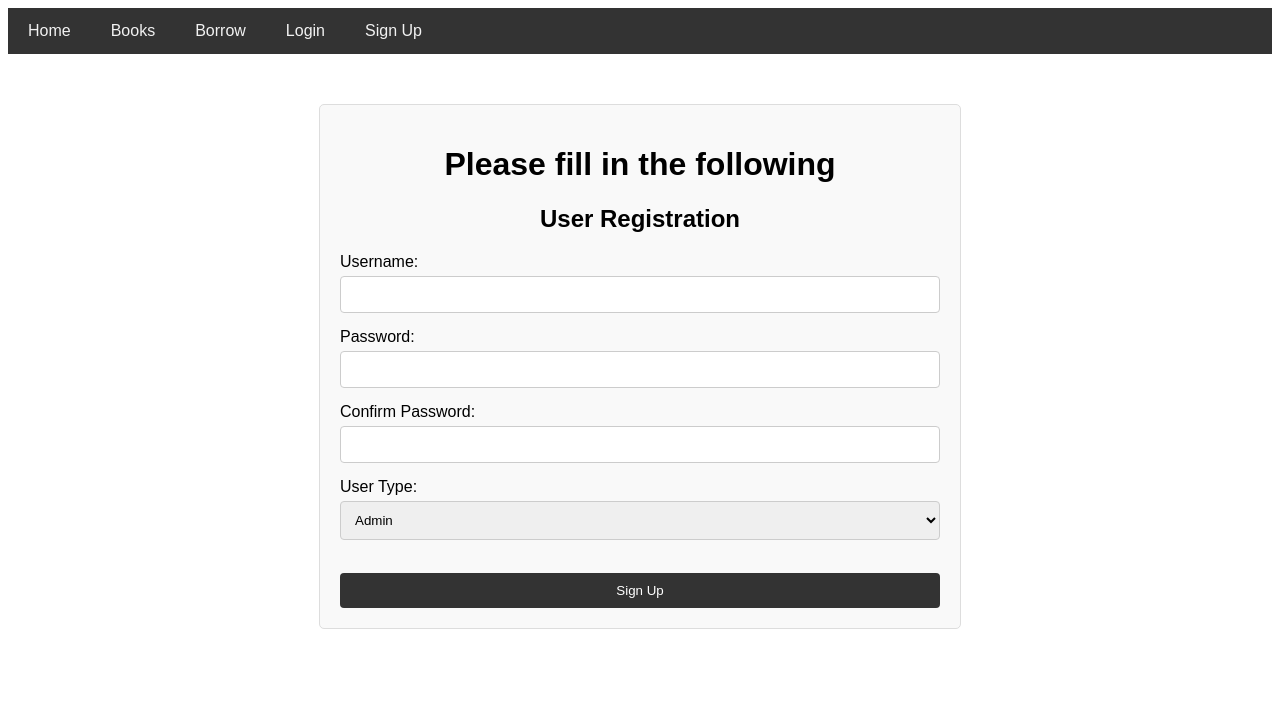
Repository: fadyesk12/Web-Technology-Course-Project
Page: auth/signup.html
The author's editor kept a copy of each file at every save. The page is drawn from the files as they stood at one save, then again after a run of saves.
The browser window is 1280 px wide. The pictures show the whole page.

Above is the page before, as saved 2024-04-19 02:22:40.

### auth/signup.html
<!DOCTYPE html>
<html>
<head>
  <title>User Registration</title>
  <link rel="stylesheet" href="../Styling/signup.css">
</head>
<body>


  <div id="navbar">
    <a href="../index.html">Home</a>
    <a href="../book_list.html">Books</a>
    <a href="../borrow.html">Borrow</a>
    <a href="../auth/login.html">Login</a>
    <a href="../auth/signup.html">Sign Up</a>
  </div>

  <div class="container">
    <h1>Please fill in the following</h1>
    <h2>User Registration</h2>

    <form>
      <div class="form-group">
        <label for="username">Username:</label>
        <input type="text" id="username" name="username" required>
      </div>
      <div class="form-group">
        <label for="password">Password:</label>
        <input type="password" id="password" name="password" required>
      </div>
      <div class="form-group">
        <label for="confirmPassword">Confirm Password:</label>
        <input type="password" id="confirmPassword" name="confirmPassword" required>
      </div>



        <label for="usertype">User Type:</label>
        <select id="usertype" name="usertype" required>
            <option value="admin">Admin</option>
            <option value="user">User</option>
        </select><br><br>

        <input type="submit" value="Sign Up">
    </form>
  </div>
</body>
</html>

### Styling/signup.css
#navbar {
    overflow: hidden;
    background-color: #333;
  }

  #navbar a {
    float: left;
    display: block;
    color: #f2f2f2;
    text-align: center;
    padding: 14px 20px;
    text-decoration: none;
  }

  #navbar a:hover {
    background-color: #ddd;
    color: black;
  }

  body {
    font-family: Arial, sans-serif;
  }

  .container {
    max-width: 600px;
    margin: 50px auto;
    padding: 20px;
    border: 1px solid #ddd;
    border-radius: 5px;
    background-color: #f9f9f9;
  }

  h1, h2 {
    text-align: center;
  }

  form {
    margin-top: 20px;
  }

  label {
    display: block;
    margin-bottom: 5px;
  }

  input[type="text"],
  input[type="password"],
  input[type="email"],
  select {
    width: 100%;
    padding: 10px;
    margin-bottom: 15px;
    border: 1px solid #ccc;
    border-radius: 4px;
    box-sizing: border-box;
  }

  input[type="submit"] {
    width: 100%;
    background-color: #333;
    color: #fff;
    padding: 10px;
    border: none;
    border-radius: 4px;
    cursor: pointer;
  }

  input[type="submit"]:hover {
    background-color: #555;
  }

After the next 2 saves:
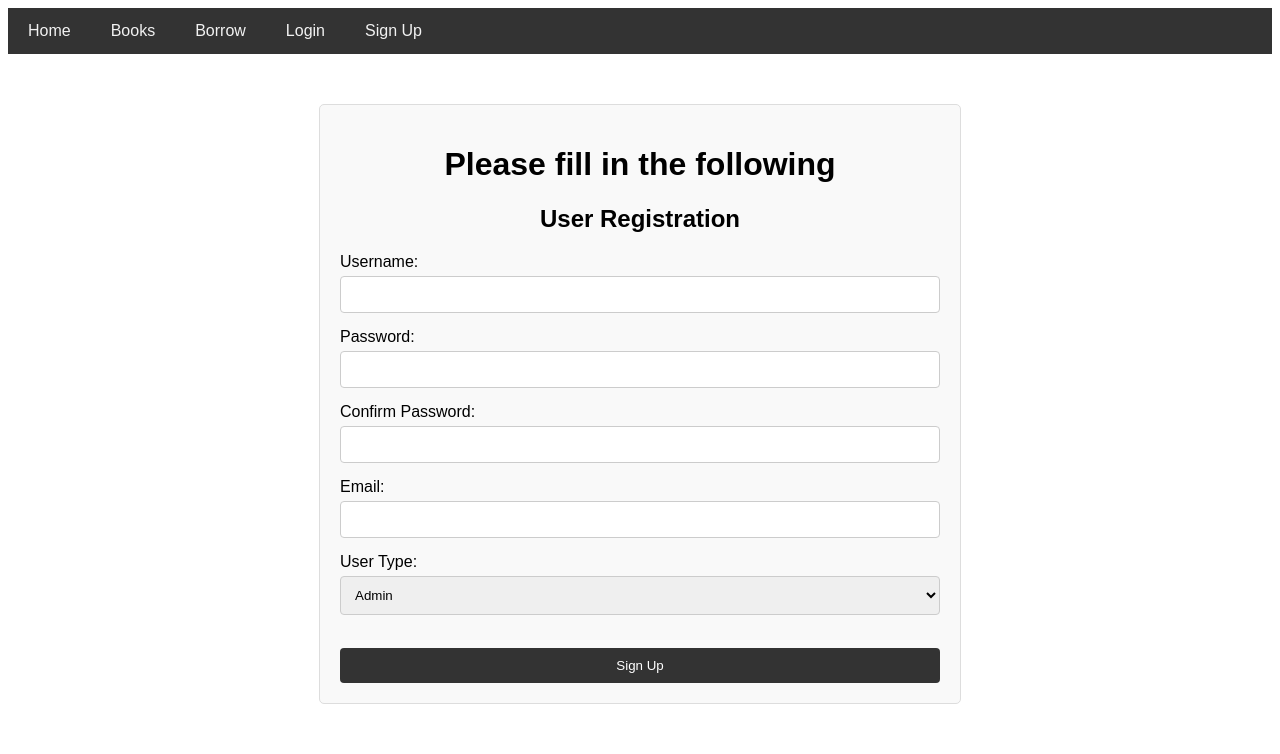
The 2 saves are shown as one change because they came seconds apart.
The last was saved 12 s later.
--- a/auth/signup.html
+++ b/auth/signup.html
@@ -32,8 +32,10 @@
         <label for="confirmPassword">Confirm Password:</label>
         <input type="password" id="confirmPassword" name="confirmPassword" required>
       </div>
-
-
+      <div>
+        <label for="email">Email:</label>
+        <input type="email" id="email" name="email" required>
+      </div>
 
         <label for="usertype">User Type:</label>
         <select id="usertype" name="usertype" required>
